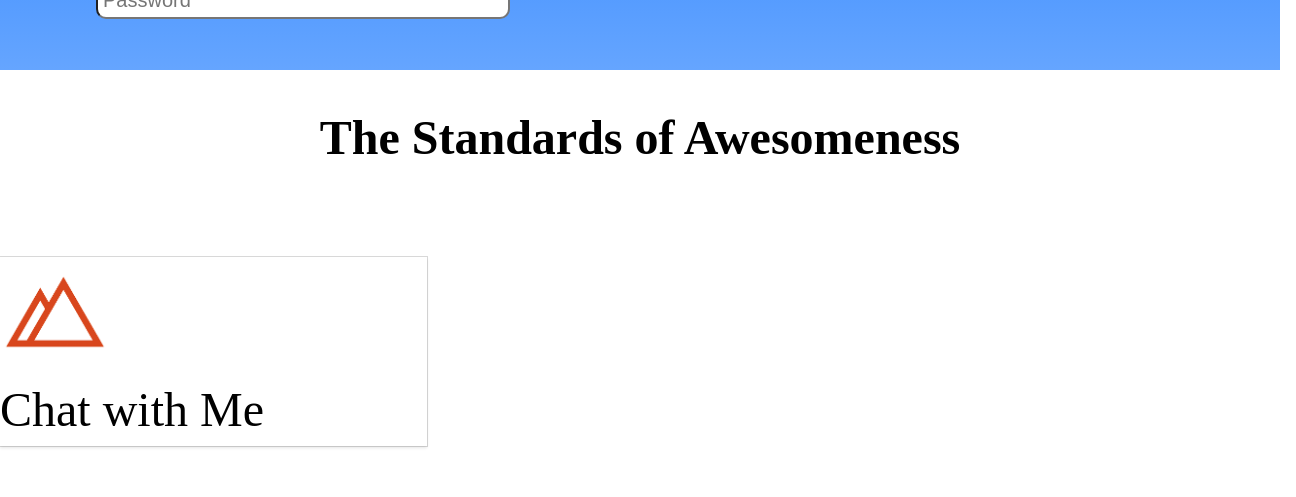
Repository: jesar-enl/My-CSS-Website
Page: index.html
The author's editor kept a copy of each file at every save. The page is drawn from the files as they stood at one save, then again after the next save.
The browser window is 1280 px wide. The page is 1296 px wide, so the pictures cover 1296 px, including what lies to the right of the window. The pictures show the part of the page from y = 430 to 927 px (the page is 927 px tall before and 908 px after).

Above is the page before, as saved 2022-07-27 12:47:28.

### index.html
<!DOCTYPE html>
<html lang="en">
  <head>
    <meta charset="UTF-8" />
    <meta http-equiv="X-UA-Compatible" content="IE=edge" />
    <meta name="viewport" content="width=device-width, initial-scale=1.0" />
    <title>My CSS website</title>
    <link rel="stylesheet" href="style.css" />
  </head>
  <body>
    <nav>
      <ul class="topnav" id="dropdownClick">
        <li><a href="#home">Home</a></li>
        <li><a href="#contact">Contact</a></li>
        <li><a href="#news">News</a></li>
        <li><a href="#about">About</a></li>
        <li class="topnav-right"><a href="#signup">SignUp</a></li>
        <li class="topnav-right"><a href="#login">LogIn</a></li>

        <!--
          This unicode is called 'Trigram for Heaven'.
          It can be used to hide the menu when we shrink the screen to a mobile sized.

          Thousands of unicode characters can be accessed from the unicode table 'https://unicode-table.com/en/'
        -->

        <li class="dropdown">
          <!--
            Having the href like this is to inform the browser
            that perform this link as a javascript command,
            heading to nowhere. Stay around this page.
          -->

          <a href="javascript:void(0);" onclick="handleClick()">&#9776;</a>
        </li>
      </ul>
    </nav>

    <div class="container" id="section-1-gradient">
      <div class="row">
        <div class="col-6">
          <div class="leftSideCol">
            <h1 class="large">Crazy Radness</h1>
            <h1 class="large">Made for Developers</h1>
          </div>
          <form action="">
            <div class="leftSideCol">
              <h2>Username</h2>
              <input
                type="text"
                class="inputbox"
                placeholder="Username"
                name="username"
              />
              <h2>Password</h2>
              <input type="password" name="password" placeholder="Password" />
            </div>
          </form>
        </div>
        <div class="col-6">
          <div class="rightSideCol videoContainer">
            <iframe
              width="560"
              height="315"
              src="https://www.youtube.com/embed/ZxKM3DCV2kE"
              title="YouTube video player"
              frameborder="0"
              allow="accelerometer; autoplay; clipboard-write; encrypted-media; gyroscope; picture-in-picture"
              allowfullscreen
            ></iframe>
          </div>
        </div>
      </div>
    </div>

    <header>
      <h1 class="section-2-header">The Standards of Awesomeness</h1>
    </header>

    <div class="container">
      <div class="row">
        <div class="col-4">
          <div class="box">
            <div class="icon">
              <img class="dev" src="devslopes.png" alt="dev icon" />
            </div>
            <label for="">Chat with Me</label>
          </div>
        </div>
      </div>
    </div>
    <script src="index.js"></script>
  </body>
</html>

### style.css
/* ########## Defaults ########### */

nav,
header,
footer {
  display: block;
}

body {
  line-height: 1.5;
  margin: 0;
}

label {
  font-size: 3rem;
}

.container {
  width: 100%;
  margin: auto;
  padding-top: 4%;
  padding-bottom: 4%;
}

.row {
  width: 100%;
  display: flex;
  flex-wrap: wrap;
  align-items: center;
}

.row::after {
  display: table;
  clear: both;
  content: '';
}

.col-1 {
  width: 8.33%;
}
.col-2 {
  width: 16.66%;
}
.col-3 {
  width: 25%;
}
.col-4 {
  width: 33.33%;
}
.col-5 {
  width: 41.66%;
}
.col-6 {
  width: 50%;
}
.col-7 {
  width: 58.33%;
}
.col-8 {
  width: 66.66%;
}
.col-9 {
  width: 75%;
}
.col-10 {
  width: 83.33%;
}
.col-11 {
  width: 91.66%;
}
.col-12 {
  width: 100%;
}

/* ######### Navigation Bar ######## */

nav {
  width: 100%;
  margin: 0;
}

nav ul {
  background-color: #eee;
  overflow: hidden;
  margin: 0;
  padding: 0;
}
/* the list-style removes the bullet points from the list items */
ul.topnav li {
  list-style: none;
  float: left;
}

ul.topnav li.topnav-right {
  float: right;
}

ul.topnav li a {
  display: block;
  text-decoration: none;
  min-height: 1.5rem;
  text-align: center;
  padding: 14px;
  text-transform: uppercase;
  color: #665;
}

ul.topnav li a:hover {
  background-color: #7ab6f3;
  color: #fff;
}

.dropdown {
  display: none;
}

/* #################### Custom styles ################## */

#section-1-gradient {
  background: #076dff;
  background: -webkit-gradient(#076dff, #65a5ff);
  background: -o-linear-gradient(#076dff, #65a5ff);
  background: -moz-linear-gradient(#076dff, #65a5ff);
  background: linear-gradient(#076dff, #65a5ff);
}

.box {
  background-color: #fff;
  /*
    The "box-shadow" syntax is as follows:

    box-shadow: horizontal-length vertical-length blur-radius spread-radius rgba(r, g, b, opacity);
  */
  box-shadow: 0 0 0 1px rgba(0, 0, 0, 0.15), 0 2px 3px 0 rgba(0, 0, 0, 0.1);
}

.leftSideCol {
  margin-left: 15%;
}

.rightSideCol {
  margin-left: 15%;
}

.large {
  color: #fff;
  font-size: 2.2rem;
  margin: 0;
  line-height: 1.7;
}

.section-2-header {
  font-size: 3rem;
  text-align: center;
}

input[type='text'] {
  font-size: 20px;
  width: 400px;
  min-width: 100px;
  padding: 5px;
  border-radius: 10px;
}

form h2 {
  color: #fff;
}

input[type='password'] {
  font-size: 20px;
  width: 400px;
  padding: 5px;
  min-width: 100px;
  border-radius: 10px;
}

.icon {
  width: 100%;
}

.dev {
  width: 110px;
  height: 110px;
}

/* ############ Media Query ########### */

@media screen and (max-width: 680px) {
  /*
    This tells the browser to hide all the list
    elements of the nav bar except the first one.
  */

  ul.topnav li:not(:nth-child(1)) {
    display: none;
  }

  ul.topnav li.dropdown {
    display: block;
    float: right;
  }

  ul.topnav.responsive li.dropdown {
    position: absolute;
    top: 0;
    right: 0;
  }

  ul.topnav.responsive {
    position: relative;
  }

  /* Places the list items in a row manner. */
  ul.topnav.responsive li {
    display: inline;
    float: none;
  }

  ul.topnav.responsive li a {
    /* displays the items in a manner of stacking on top of each other. */
    display: block;
    text-align: left;
  }

  .col-6 {
    width: 100%;
    margin: 0;
  }

  .rightSideCol {
    margin-top: 5%;
  }

  .videoContainer iframe {
    position: relative;
    width: 100%;
    margin: 0;
    overflow: hidden;
  }

  leftSideCol,
  rightSideCol {
    margin: 15px;
  }

  input[type='text'] {
    width: 300px;
  }

  input[type='password'] {
    width: 300px;
  }
}

@media screen and (max-width: 890px) {
  /*
    This tells the browser to hide all the list
    elements of the nav bar except the first one.
  */

  ul.topnav li:not(:nth-child(1)) {
    display: none;
  }

  ul.topnav li.dropdown {
    display: block;
    float: right;
  }

  ul.topnav.responsive li.dropdown {
    position: absolute;
    top: 0;
    right: 0;
  }

  ul.topnav.responsive {
    position: relative;
  }

  /* Places the list items in a row manner. */
  ul.topnav.responsive li {
    display: inline;
    float: none;
  }

  ul.topnav.responsive li a {
    /* displays the items in a manner of stacking on top of each other. */
    display: block;
    text-align: left;
  }

  .col-6 {
    width: 100%;
    margin: 0;
  }

  .rightSideCol {
    margin-top: 5%;
    max-width: 300px;
  }

  .videoContainer iframe {
    position: relative;
    width: 100%;
  }
}

### index.js
function handleClick() {
  var list = document.getElementById('dropdownClick');
  if (list.className === 'topnav') {
    list.className += ' responsive';
    // change topnav to topnav.responsive
  } else {
    list.className = 'topnav';
  }
}

After the next save:
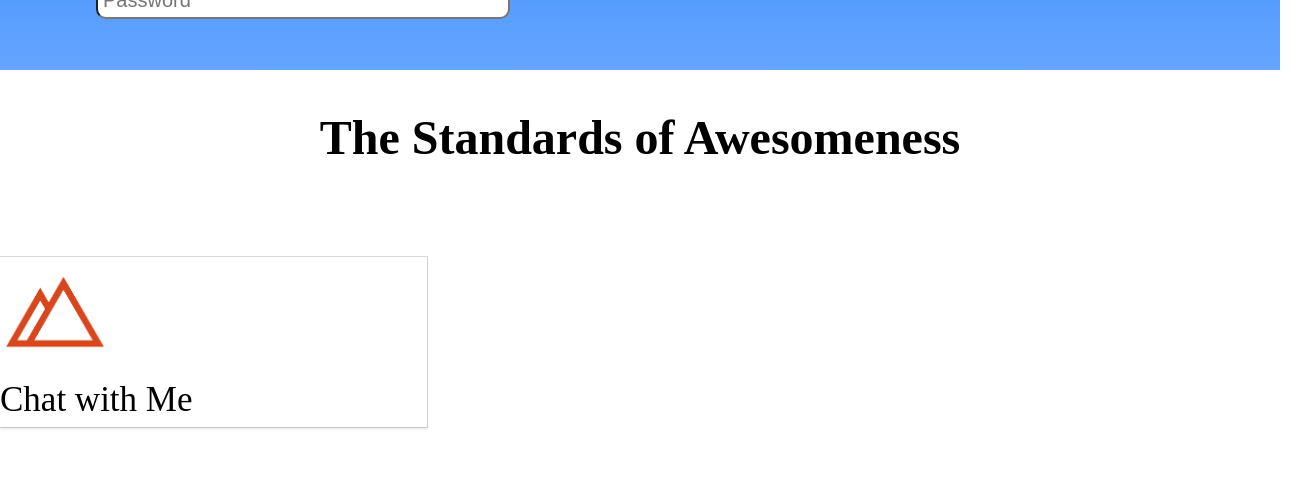
Saved 16 s later.
--- a/style.css
+++ b/style.css
@@ -12,7 +12,7 @@ body {
 }
 
 label {
-  font-size: 3rem;
+  font-size: 35px;
 }
 
 .container {
